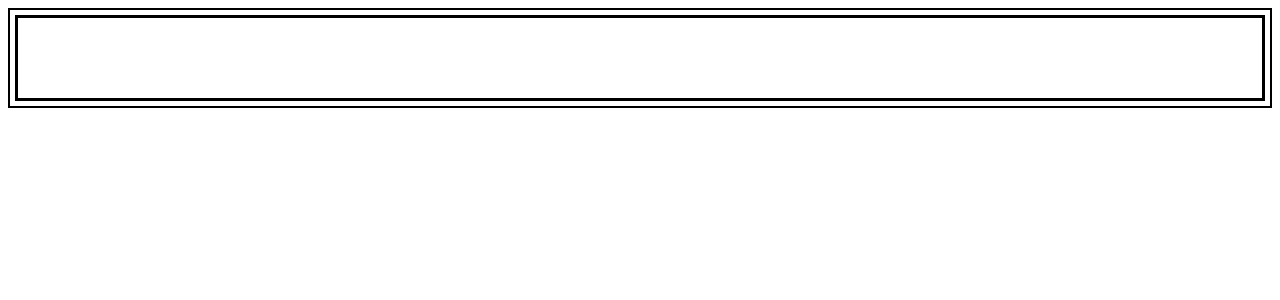
Repository: cartervandekamp/htmlstructure.mdia2003
Page: htmlstructure-psd/index.html
These files come from the project's save history. The page is drawn as it stood at one moment and after the next save; the edit follows.
The browser window is 1280 px wide. The pictures show the whole page.

Above is the page before, as saved 2023-01-16 17:54:08.

### htmlstructure-psd/index.html
<!DOCTYPE html>
<html lang="en">
<head>
    <title>Document</title>
    <link rel="stylesheet" href="style.css">
</head>
<body>
    <div class="toprow">
        <div class="topleft"></div>
        <div class="topmiddle"></div>
        <div class="topright"></div>
    </div>
    <div class="thinbar"></div>
    <div class="secondrow">
        <div class="secondleft"></div>
        <div class="secondmiddle"></div>
        <div class="secondright"></div>
    </div>
    <div class="middlecontent">
        <div class="middleleftone">
            <div class="titletextone"></div>
            <div class="bodytextone"></div>
            <div class="footerone"></div>
        </div>
        <div class="middlelefttwo">
            <div class="titletexttwo"></div>
            <div class="bodytexttwo"></div>
            <div class="footertwo"></div>
        </div>
    </div>
    <div class="middlerightone"></div>
    <div class="middlerighttwo"></div>
    <div class="middlerightthree"></div>
    <div class="middletextfour"></div>
<div class="footer">
    <div class="footertitle"></div>
    <div class="footercontent">
        <div class="footercontentone"></div>
        <div class="footercontenttwo"></div>
        <div class="footercontentthree"></div>
        <div class="footercontentfour"></div>
    </div>
    <div class="footerbottom"></div>
</div>

</body>
</html>

### htmlstructure-psd/style.css
body {
    border-style: solid;
    border-color: black;
    border-width: 2px;
}

.toprow {
    height: 80px;
    margin: 5px;
    border-style: solid;
    border-color: black;


}

After the next save:
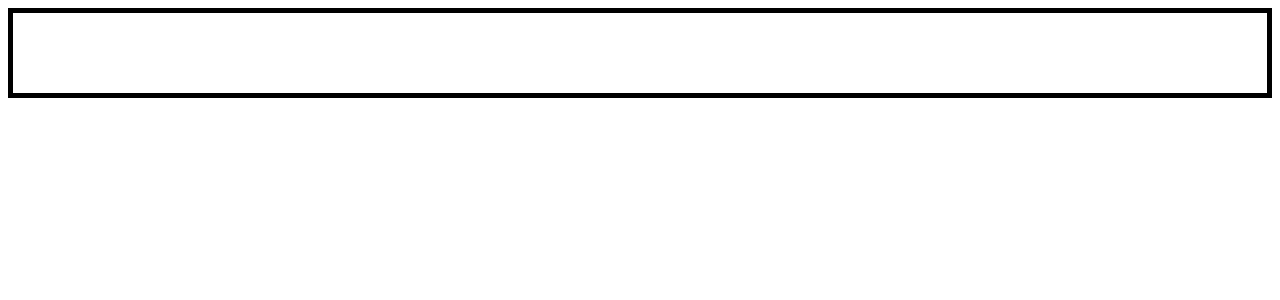
Saved 8 s later.
--- a/htmlstructure-psd/style.css
+++ b/htmlstructure-psd/style.css
@@ -6,7 +6,6 @@ body {
 
 .toprow {
     height: 80px;
-    margin: 5px;
     border-style: solid;
     border-color: black;
 
